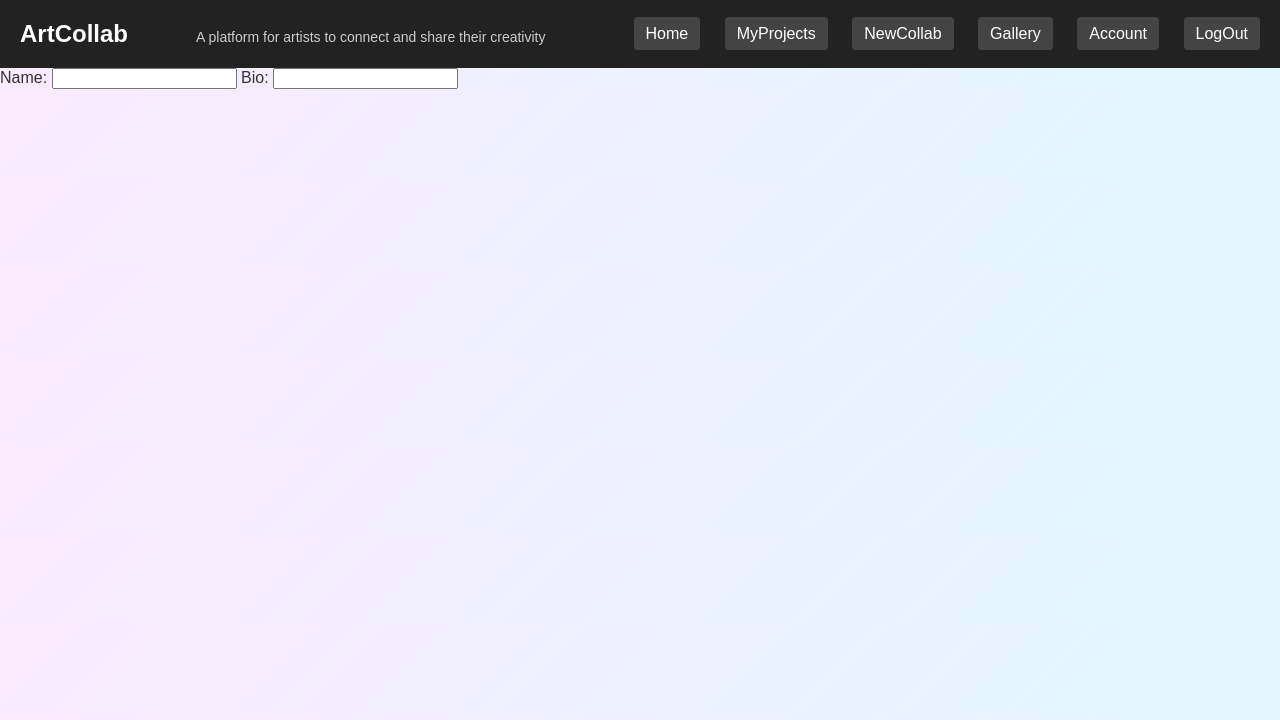
Repository: jeevanReddyP/ArtCollab_App
Page: profile.html
An editor plug-in stored every save of this project. The page is shown before and after a run of saves, followed by the edit.
The browser window is 1280 px wide. The pictures show the whole page.

Above is the page before, as saved 2025-06-12 18:35:05.

### profile.html
<!DOCTYPE html>
<html lang="en">
<head>
    <meta charset="UTF-8">
    <meta name="viewport" content="width=device-width, initial-scale=1.0">
    <title>Document</title>
    <style>
        body {
  margin: 0;
  font-family: sans-serif;
  background: linear-gradient(135deg, #fbeaff, #e0f7ff);
  color: #333;
}
#home-page {
  padding: 40px;
  background: linear-gradient(135deg, #fbeaff, #e0f7ff);
}

#navbar{
background-color:#222;
color: white;
display: flex;
padding: 20px;
justify-content: space-between;
align-items: center;
flex-wrap: wrap;
}
#navbar h2{
   margin: 0;
   font-size: 24px;
}
#navbar p{
    margin: 5px 0 0 0;
    font-size: 14px;
    color: #ccc;
}
.links a{
margin-left: 20px;
text-decoration: none;
color: white;
background-color: #444;
padding: 8px 12px;
border-radius: 4px;
transition: background-color 0.3s;
}
    </style>
</head>
<body>
    <div id="navbar">
            <h2>ArtCollab</h2>
            <p>A platform for artists to connect and share their creativity</p>
            <div class="links">
            <a href="dashboard.html">Home</a>
            <a href="projects.html">MyProjects</a>
            <a href="collab.html">NewCollab</a>
            <a href="gallery.html">Gallery</a>
            <a href="profile.html">Account</a>
            <a href="login.html">LogOut</a>
            </div>
    </div>
    <div id="mainsection">
      <label for="Name">Name:</label>
      <input type="text" name="" id="name">
      <label for="Bio">Bio:</label>
      <input type="text" name="" id="bio">
      <label for="Image"></label>
    </div>
</body>
</html>

After the next 9 saves:
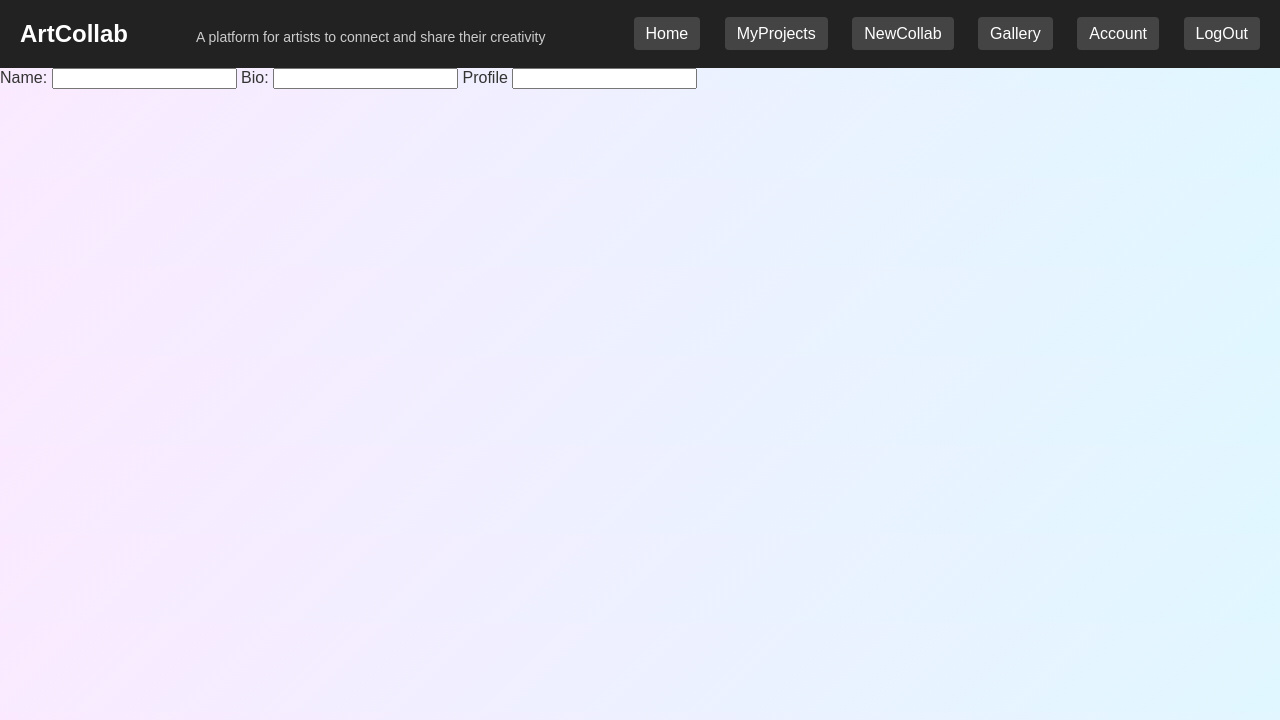
The 9 saves are shown as one change because they came seconds apart.
The last was saved 22 s later.
--- a/profile.html
+++ b/profile.html
@@ -63,7 +63,8 @@ transition: background-color 0.3s;
       <input type="text" name="" id="name">
       <label for="Bio">Bio:</label>
       <input type="text" name="" id="bio">
-      <label for="Image"></label>
+      <label for="Image">Profile</label>
+      <input type="url" name="" id="">
     </div>
 </body>
 </html>
